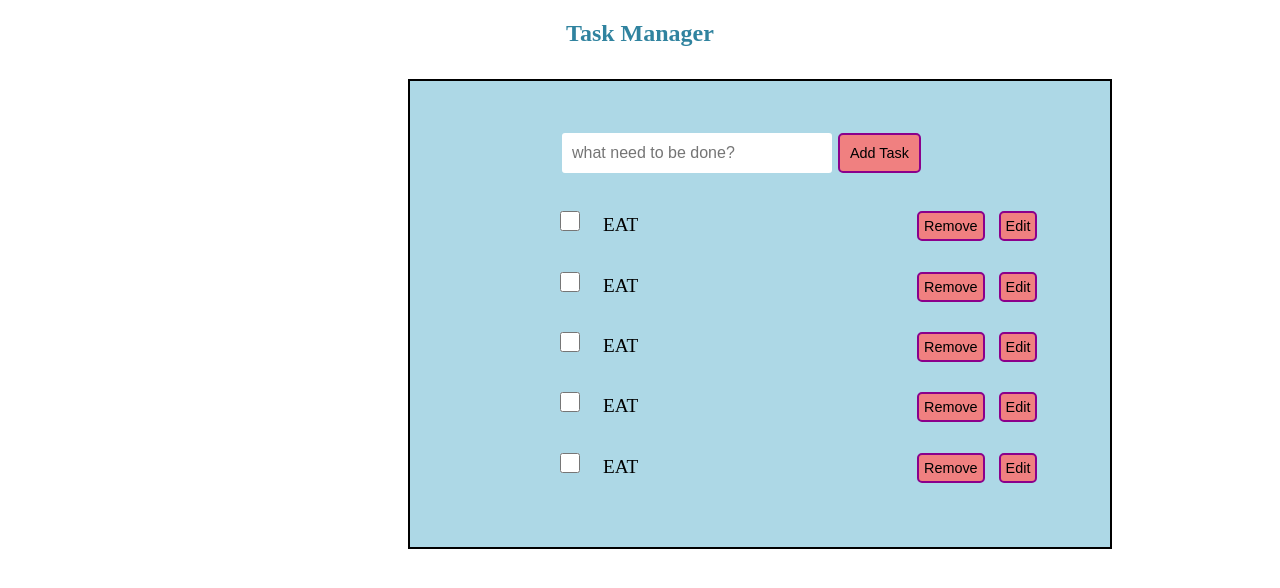
Repository: sristigupta04/basic-js-project
Page: todo app/title.html
The author's editor kept a copy of each file at every save. The page is drawn from the files as they stood at one save, then again after the next save.
The browser window is 1280 px wide. The pictures show the whole page.

Above is the page before, as saved 2025-11-01 20:44:37.

### todo app/title.html
<!DOCTYPE html>
<html lang="en">
<head>
    <meta charset="UTF-8">
    <meta name="viewport" content="width=device-width, initial-scale=1.0">
    <title>Todo App</title>
    <link rel="stylesheet" href="title.css"/>
</head>
<body>
    <h2> Task Manager</h2>
    <div class="contain">
        <input type="text" id="new" placeholder="what need to be done?"></input>
        <button>Add Task</button>

        <div class="row">

             <input type="checkbox" id="addinput"><p> EAT</p> <button>Remove</button> <button>Edit</button>
            <input type="checkbox"><p> EAT</p> <button>Remove</button> <button>Edit</button>
             <input type="checkbox"><p> EAT</p> <button>Remove</button> <button>Edit</button>
              <input type="checkbox"><p> EAT</p> <button>Remove</button> <button>Edit</button>
               <input type="checkbox"><p> EAT</p> <button>Remove</button> <button>Edit</button>
        </div>
    </div>
    <script src="title.js"></script>
</body>
</html>

### todo app/title.css
.body{

    text-align: center;
    font-family: 'Trebuchet MS', 'Lucida Sans Unicode', 'Lucida Grande', 'Lucida Sans', Arial, sans-serif;
    margin:0;
    padding: 0;
}

h2{
color:rgb(48, 131, 159);
margin-top: 20px;
justify-content: center;
display: flex;
}
.contain{
 border: 2px solid black;
 width:600px;
 height: auto;
 margin-left: 400px;
 margin-top: 2rem;
 padding: 50px;
 background-color:lightblue;
}
.contain input{
    width:250px;
    height: 20px;
    padding: 10px;
    font-size: 1rem;
     border:2px solid lightblue;
     border-radius: 5px;
     outline: none;
     margin-left: 100px;

}
.contain button{
     padding:  10px;
       font-size:0.90rem;
       border:2px solid darkmagenta;
border-radius: 5px;
background-color: lightcoral;
color:black;
}

.row{
    margin-top: 20px;
    text-align: left;
}

.row p{
    display: inline-block;
    margin-left: 20px;
    font-size: 1.2rem;
    width: 300px;
}
.row button{
    margin-left: 10px;
    padding: 5px;
    font-size: 0.9rem;
    border: 2px solid darkmagenta;
    border-radius: 5px;
    background-color: lightcoral;
    color:black;
}

.row input{
    width: 20px;
    height: 20px;
}

### todo app/title.js
// // ====== Selecting DOM elements ======
// const input = document.getElementById("new");
// const addButton = document.querySelector(".contain button");
// const row = document.querySelector(".row");

// // ====== Event Listener ======
// addButton.addEventListener("click", addTask);

// // ====== Function to Add a Task ======
// function addTask() {
//     const taskText = input.value.trim();

//     if (taskText === "") {
//         alert("Please enter a task!");
//         return;
//     }

//     // Create new task container
//     const taskDiv = document.createElement("div");
//     taskDiv.classList.add("task-item");

//     // Create task content
//     taskDiv.innerHTML = `
//         <input type="checkbox">
//         <p>${taskText}</p>
//         <button class="removeBtn">Remove</button>
//         <button class="editBtn">Edit</button>
//     `;

//     // Append to main row
//     row.appendChild(taskDiv);
//     input.value = "";

//     // Attach functionality
//     attachTaskFunctions(taskDiv);
// }

// // ====== Attach Remove, Edit, and Checkbox Features ======
// function attachTaskFunctions(taskDiv) {
//     const removeBtn = taskDiv.querySelector(".removeBtn");
//     const editBtn = taskDiv.querySelector(".editBtn");
//     const checkbox = taskDiv.querySelector("input[type='checkbox']");
//     const taskText = taskDiv.querySelector("p");

//     // Remove Task
//     removeBtn.addEventListener("click", () => removeTask(taskDiv));

//     // Edit Task
//     editBtn.addEventListener("click", () => editTask(taskText));

//     // Checkbox Functionality
//     checkbox.addEventListener("change", () => toggleTaskStatus(checkbox, taskText));
// }

// // ====== Remove Task ======
// function removeTask(taskDiv) {
//     taskDiv.remove();
// }

// // ====== Edit Task ======
// function editTask(taskTextElement) {
//     const currentText = taskTextElement.textContent;
//     const newText = prompt("Edit your task:", currentText);
//     if (newText !== null && newText.trim() !== "") {
//         taskTextElement.textContent = newText.trim();
//     }
// }

// // ====== Toggle Checkbox (mark done) ======
// function toggleTaskStatus(checkbox, taskTextElement) {
//     if (checkbox.checked) {
//         taskTextElement.style.textDecoration = "line-through";
//         taskTextElement.style.color = "gray";
//     } else {
//         taskTextElement.style.textDecoration = "none";
//         taskTextElement.style.color = "black";
//     }
// }
let input = document.getElementById("new");
let addbtn = document.querySelector(".contain button");
let row = document.querySelector(".row");

addbtn.addEventListener("click", function()  {
    let item = document.createElement("li");
      item.innerText = input.value ;
    row.appendChild(item);
    input.value = "";


    item.createElement("button");
    item.button.innerText ="delete";
    item.appendChild(button);
    button.addEventListener("click",function() {
        row.removeChild(item);

    })
    item.createElement("button");
    item.button.innerText ="Edit";
    item.appendChild(button);
    button.addEventListener("click",function() {
    item.innerText = prompt("Edit your task", item.innerText);
    row.appendChild(item);

    })
})

After the next save:
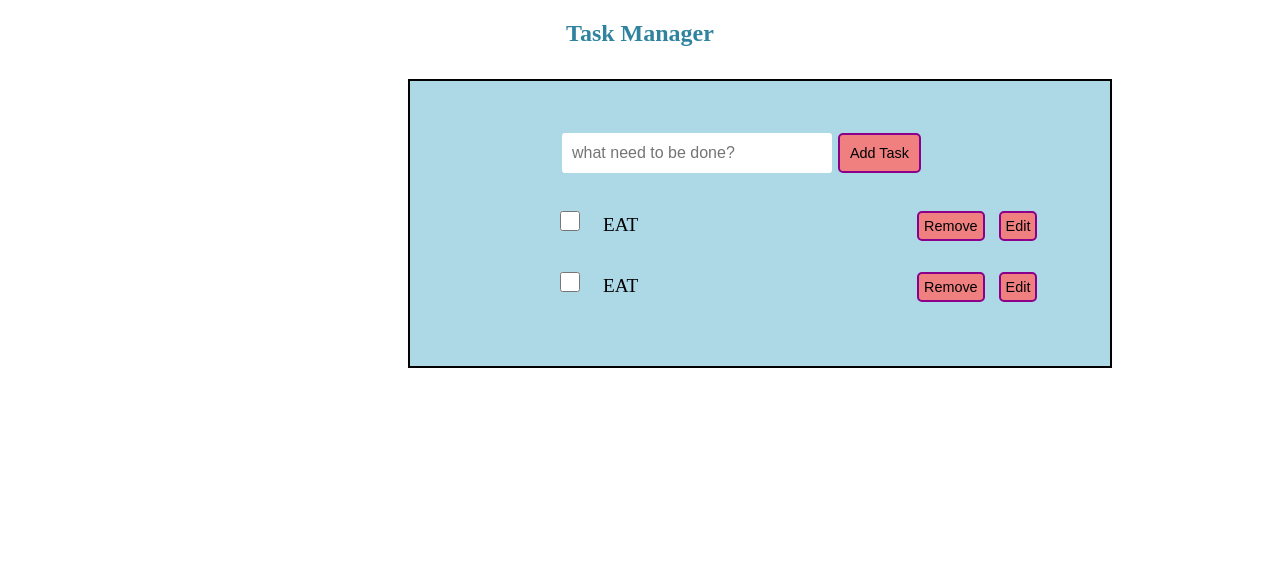
Saved 8 s later.
--- a/todo app/title.html
+++ b/todo app/title.html
@@ -16,9 +16,7 @@
 
              <input type="checkbox" id="addinput"><p> EAT</p> <button>Remove</button> <button>Edit</button>
             <input type="checkbox"><p> EAT</p> <button>Remove</button> <button>Edit</button>
-             <input type="checkbox"><p> EAT</p> <button>Remove</button> <button>Edit</button>
-              <input type="checkbox"><p> EAT</p> <button>Remove</button> <button>Edit</button>
-               <input type="checkbox"><p> EAT</p> <button>Remove</button> <button>Edit</button>
+
         </div>
     </div>
     <script src="title.js"></script>
